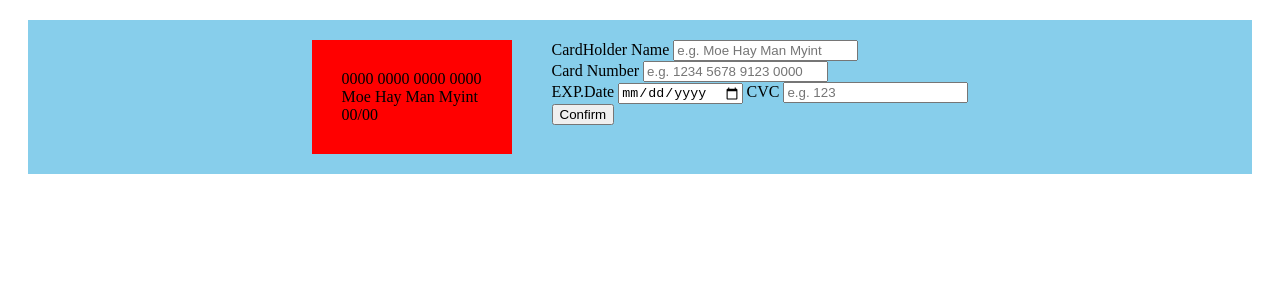
Repository: moehaymanmyint/Interactive-Card-Details-Form
Page: index.html
An editor plug-in stored every save of this project. The page is shown before and after the next save, followed by the edit.
The browser window is 1280 px wide. The pictures show the whole page.

Above is the page before, as saved 2024-10-15 22:25:29.

### index.html
<!DOCTYPE html>
<html lang="en">
<head>
    <meta charset="UTF-8">
    <meta name="viewport" content="width=device-width, initial-scale=1.0">
    <title>Interactive Card Details Form</title>
    <link rel="stylesheet" href="style.css">
</head>
<body>
    <div class="container">
        <!-- Left Side -->
    <div class="left-container">
        <div class="card">
            <div class="number">0000 0000 0000 0000</div>
            <div class="name">Moe Hay Man Myint</div>
            <div class="date">00/00</div>
        </div>
    </div>

    <!-- Right Side -->
    <div class="right-container">
        <form action="">
            <div class="card-name">
                <label for="">CardHolder Name</label>
            <input type="text" name="" id="" placeholder="e.g. Moe Hay Man Myint">
            </div>
            <div class="card-number">
                <label for="">Card Number</label>
            <input type="number" name="" id="" placeholder="e.g. 1234 5678 9123 0000">
            </div>
            <div class="card-info">
                <label for="">EXP.Date</label>
                <input type="date" name="" id="">
                <label for="">CVC</label>
                <input type="number" name="" id="" placeholder="e.g. 123">
            </div>
            <div class="confirm-btn">
                <input type="submit" value="Confirm">
            </div>
        </form>
    </div>
    </div>
</body>
</html>

### style.css
.container{
    background-color: skyblue;
    display: flex;
    justify-content: center;
    margin: 20px;
}

.left-container,
.right-container {
    margin: 20px;
}

.left-container{
    background-color: red;
    padding: 30px;
}

After the next save:
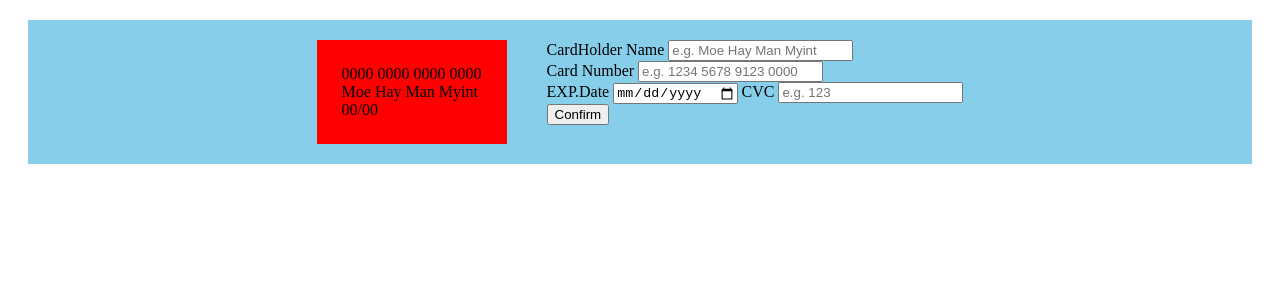
Saved 5 s later.
--- a/style.css
+++ b/style.css
@@ -12,5 +12,5 @@
 
 .left-container{
     background-color: red;
-    padding: 30px;
+    padding: 25px;
 }
